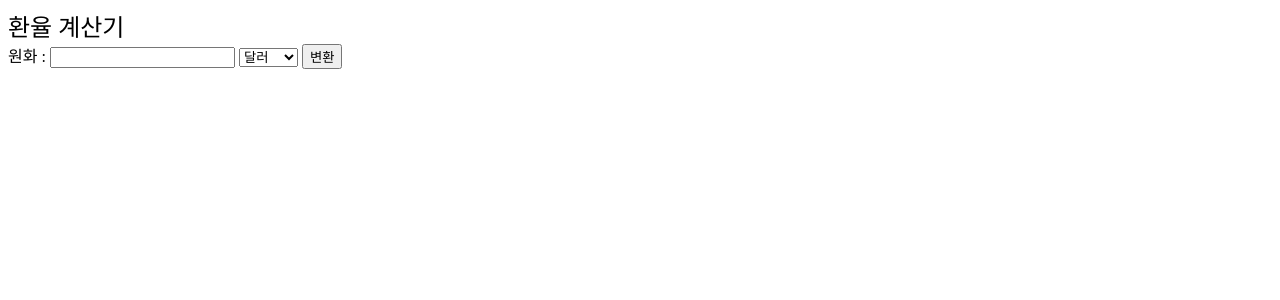
Repository: onerain5120/db_conn
Page: eclipse-workspace/pro06/src/main/webapp/calc.html
These files come from the project's save history. The page is drawn as it stood at one moment and after the next save; the edit follows.
The browser window is 1280 px wide. The pictures show the whole page.

Above is the page before, as saved 2023-09-27 02:45:18.

### eclipse-workspace/pro06/src/main/webapp/calc.html
<!DOCTYPE html>
<html lang="en">

<head>
    <meta charset="UTF-8">
    <title>Insert title here</title>
</head>

<body>
    <font size="5">환율 계산기</font><br>
    <form method="get" action="">
        원화 : <input type="text" name="won">
        <select>
            <option value="dollar"> 달러</option>
            <option value="enhwa"> 엔화</option>
            <option value="yian"> 위안</option>
            <option value="pound"> 파운드</option>
            <option value="euro"> 유로</option>
        </select>


		<input type="hidden" value="hi" name="command">

        <input type="submit" value="변환">


    </form>
</body>

</html>

After the next save:
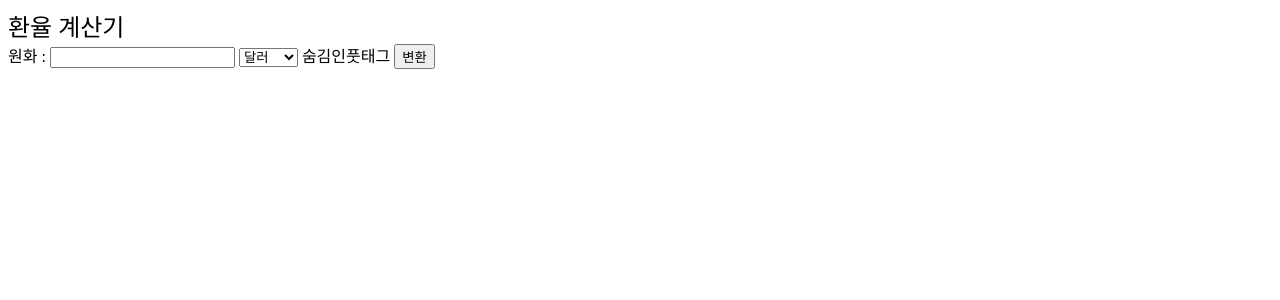
Saved 17 s later.
--- a/eclipse-workspace/pro06/src/main/webapp/calc.html
+++ b/eclipse-workspace/pro06/src/main/webapp/calc.html
@@ -19,7 +19,7 @@
         </select>
 
 
-		<input type="hidden" value="hi" name="command">
+		<input type="hidden" value="hi" name="command">숨김인풋태그
 
         <input type="submit" value="변환">
 
